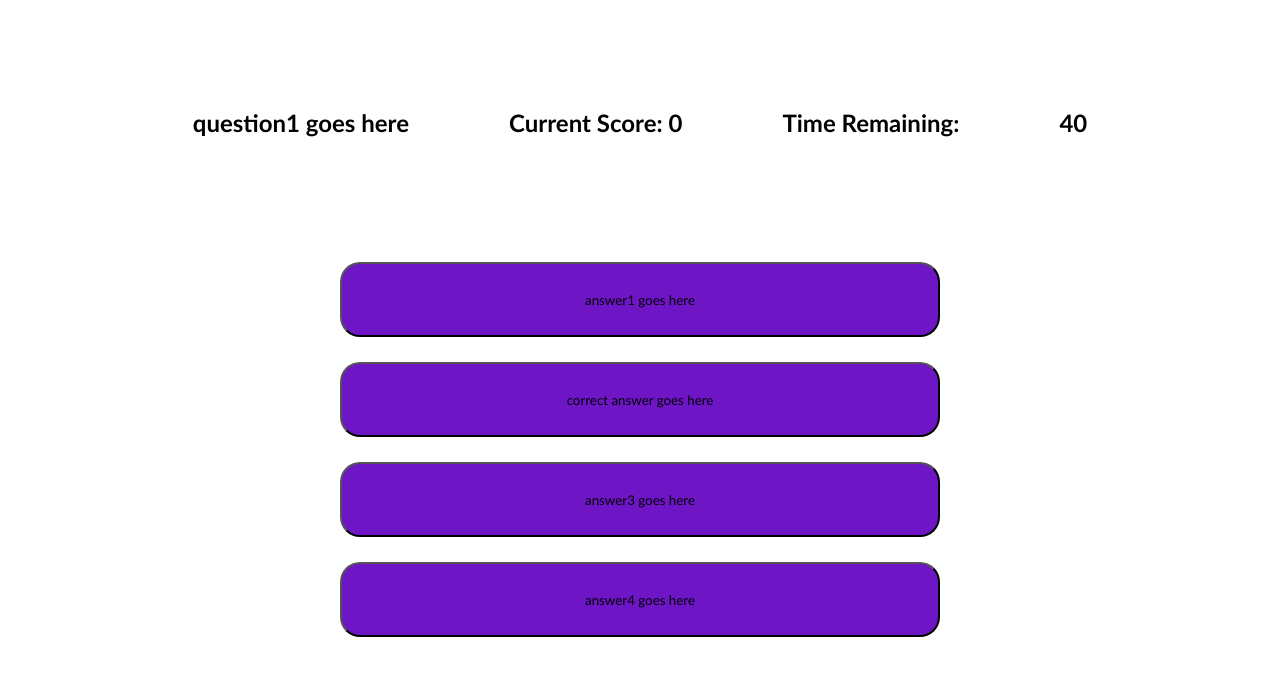
Repository: cobalt88/code-game
Page: assets/subpages/game.html
These files come from the project's save history. The page is drawn as it stood at one moment and after the next save; the edit follows.
The browser window is 1280 px wide. The pictures show the whole page.
After loading, the first visible `#start` was clicked once.

Above is the page before, as saved 2022-03-18 15:24:17.

After the next save:
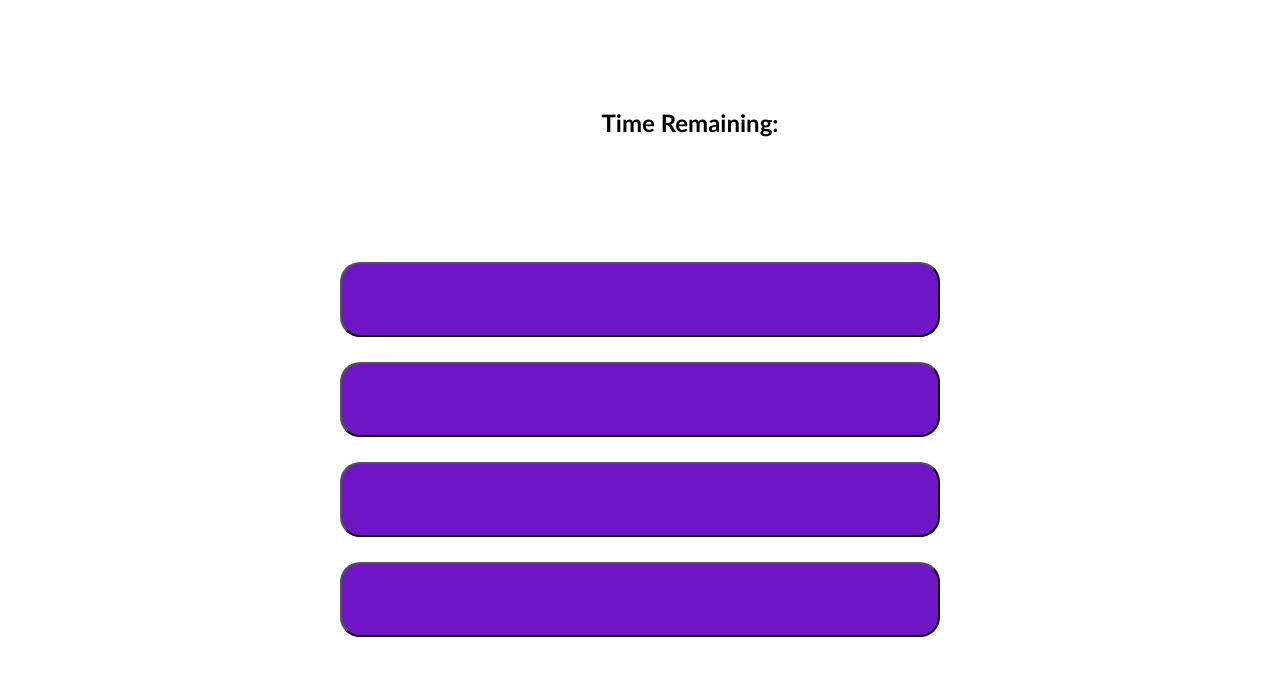
Console error (its wording comes from the project's code and is left out).
Saved 2 min 5 s later.
--- a/assets/js/game.js
+++ b/assets/js/game.js
@@ -265,7 +265,7 @@
 
 function loadScores(){
   var existingScores = localStorage.getItem(highScores);
-  JSON.parse(existingScores);
+  JSON.parse("existingScores");
   console.log(existingScores);
 }
 

After the 5 saves that followed:
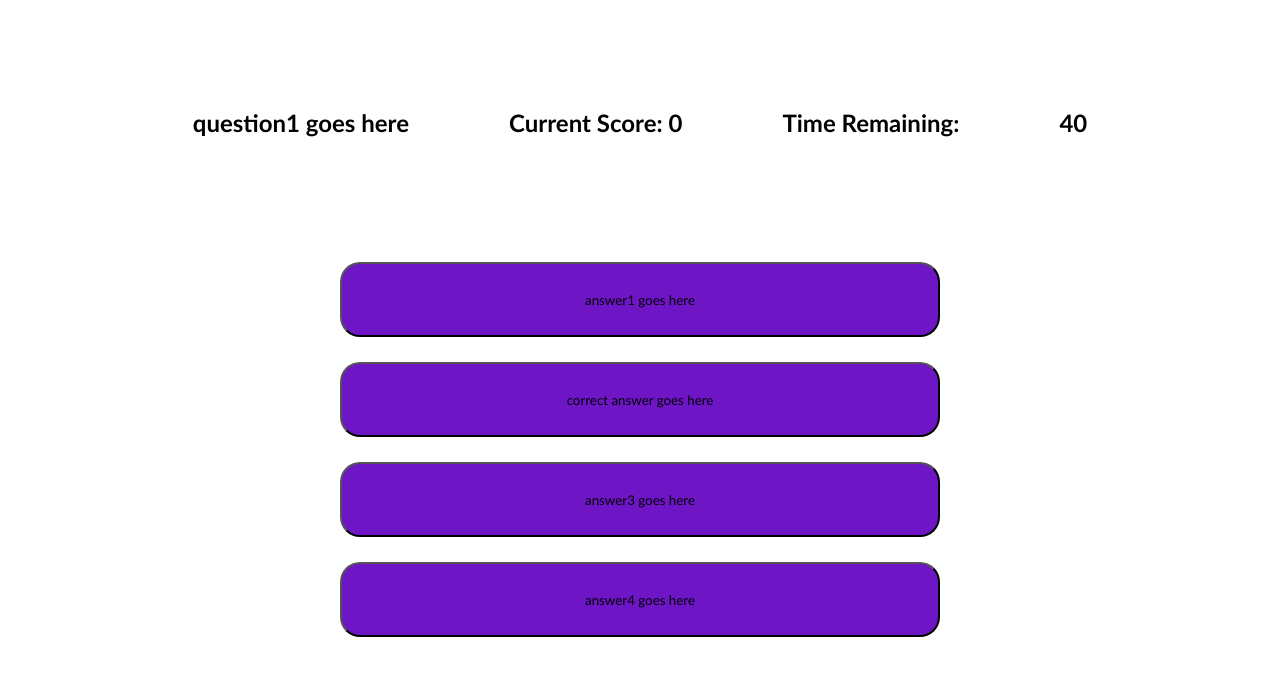
The error is gone.
The 5 saves are shown as one change because 4 left the picture as it was.
The last was saved 4 min 47 s later.
--- a/assets/js/game.js
+++ b/assets/js/game.js
@@ -264,8 +264,7 @@
 }
 
 function loadScores(){
-  var existingScores = localStorage.getItem(highScores);
-  JSON.parse("existingScores");
+  var existingScores = JSON.parse(localStorage.getItem('highScores'))
   console.log(existingScores);
 }
 
